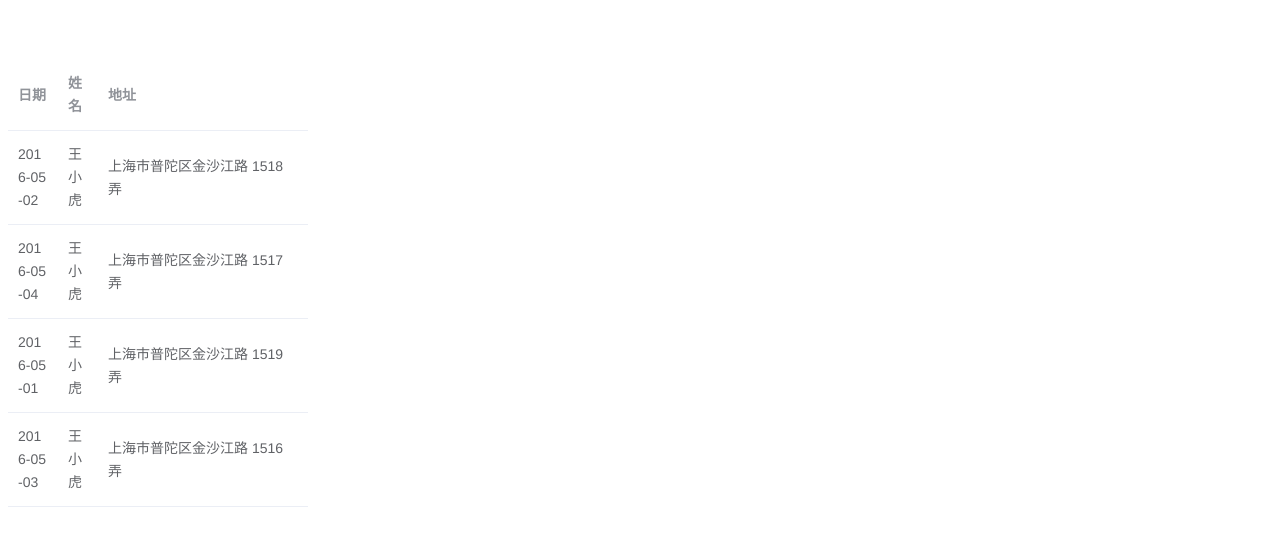
Repository: NicoleGX/TI
Page: /
The author's editor kept a copy of each file at every save. The page is drawn from the files as they stood at one save, then again after the next save.
The browser window is 1280 px wide. The pictures show the whole page.
The project was rebuilt for these pictures with package versions that can differ from the ones it lists, and the page was loaded fresh each time.

Above is the page before, as saved 2019-05-28 17:58:46.

After the next save:
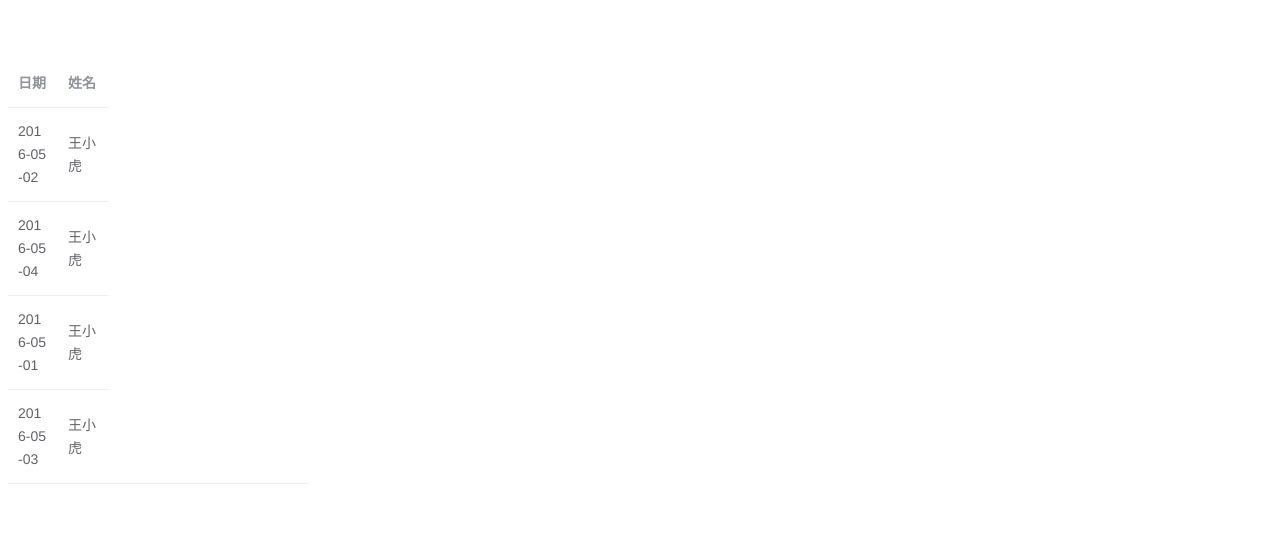
Saved 16 s later.
--- a/src/views/TextClassification.vue
+++ b/src/views/TextClassification.vue
@@ -12,11 +12,7 @@
         <el-table-column
           prop="name"
           label="姓名"
-          width="40%">
-        </el-table-column>
-        <el-table-column
-          prop="address"
-          label="地址">
+          width="50%">
         </el-table-column>
       </el-table>
       <!-- <el-table
